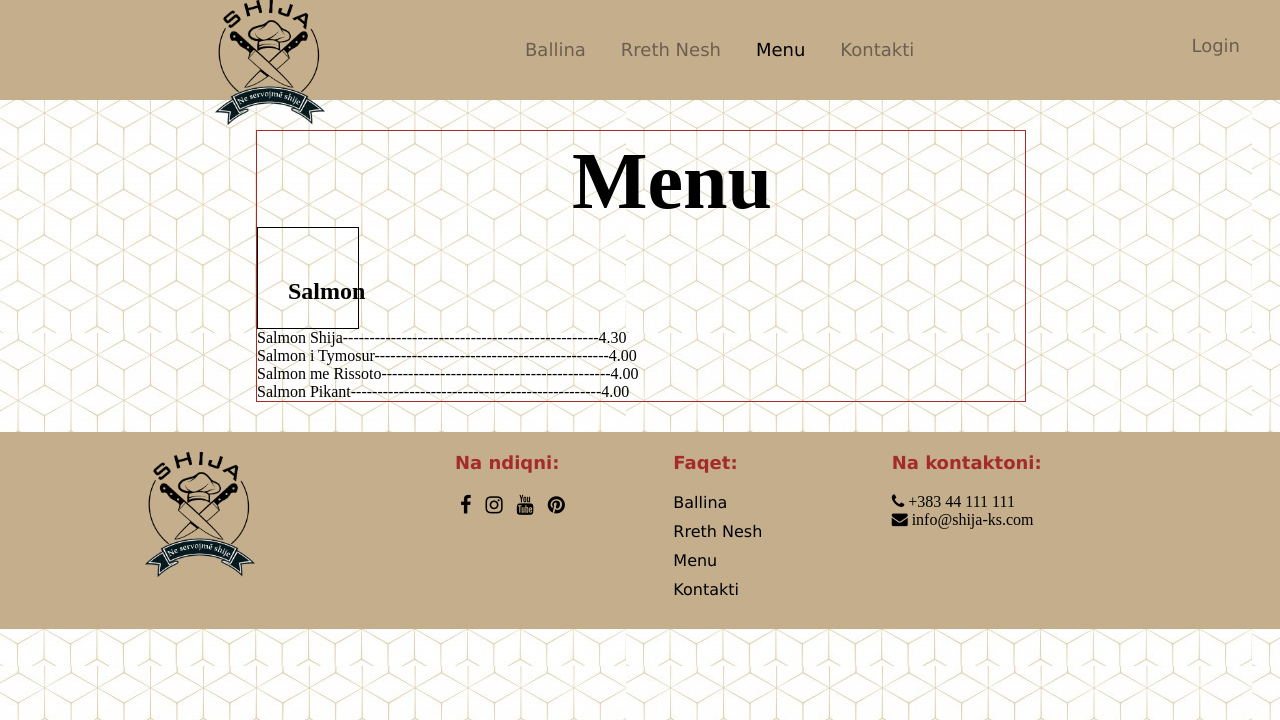
Repository: bs47892/ProjektiWeb-Shija2020
Page: http://localhost/menu.html
An editor plug-in stored every save of this project. The page is shown before and after the next save, followed by the edit.
The browser window is 1280 px wide. The pictures show the whole page.
Some web fonts or font styles are not loaded; a fallback is used. The page is run by PHP 8.4 with error messages shown; the project is at /var/www/html/.

Above is the page before, as saved 2021-02-12 14:05:03.

### menu.html
<!DOCTYPE html>
<html>
    <head>
<title> Restaurant Shija </title>
<link rel="stylesheet" type="text/css" href ="style.css">
<link rel="stylesheet" href="https://stackpath.bootstrapcdn.com/font-awesome/4.7.0/css/font-awesome.min.css">
<link rel="preconnect" href="https://fonts.gstatic.com">

<link href="https://fonts.googleapis.com/css2?family=Dancing+Script&family=EB+Garamond&family=Lovers+Quarrel&display=swap" rel="stylesheet">
    </head>
    <body>
       <header class="header">
           <div class ="container">
               <div class="logo">
            <img src="images/logo-png.png" alt="llogo" width="110" height="125"/>
               </div>
           <nav>
            <ul>
                <li><a href="shija.html" class="underline">Ballina</a></li>
                <li><a href="RrethNesh.html" class="underline">Rreth Nesh</a></li>
                <li><a href="menu.html" class="underline active">Menu</a></li>
                <li><a href="kontakti.html" class="underline">Kontakti</a></li>
            </ul>
            </nav>
            <li><a href="login/login.html" class="rightlog">Login</a></li>


           </div>
        </header>
 <!--********************Ketu perfundon tagu per header*****************************-->
<div class="menuja">
    <h1>Menu</h1>
    <div class="titull">
        <h2>Salmon</h2>
    </div>
        <ul>
            <li>Salmon Shija------------------------------------------------4.30</li>
            <li>Salmon i Tymosur--------------------------------------------4.00</li>
            <li>Salmon me Rissoto-------------------------------------------4.00</li>
            <li>Salmon Pikant-----------------------------------------------4.00</li>
        </ul>

</div>








<!--**************************Ketu fillon footeri**********************************-->
<footer class="footer">
    <div class="inner_footer">
        <div class="logo">
            <img src="images/logo-png.png" alt="llogo" width="110" height="125"/>
        </div>
        <div class ="footer_third">

            <h3>Na ndiqni: </h3>
            <p>

            </p>
            <div class="socials">
            <ul>
            <li><a href="#"><i class="fa fa-facebook"></i></a></li>
            <li><a href="#"><i class="fa fa-instagram"></i></a></li>
            <li><a href="#"><i class="fa fa-youtube"></i></a></li>
            <li><a href="#"><i class="fa fa-pinterest"></i></a></li>
            </ul>
            </div>
        </div>
        <div class ="footer_third">
            <h3>Faqet: </h3>
            <p>

            </p>
            <div class="menu">
            <ul>
                <li><a href="shija.html">Ballina</a></li>
                <li><a href="RrethNesh.html">Rreth Nesh</a></li>
                <li><a href="menu.html">Menu</a></li>
                <li><a href="kontakti.html">Kontakti</a></li>
            </ul>
            </div>
            </div>

        <div class ="footer_third">
            <h3>Na kontaktoni: </h3>
            <p>

            </p>
            <div class="kontakti">
                <i class="fa fa-phone"> +383 44 111 111</i>
            <i class ="fa fa-envelope"> info@shija-ks.com</i>
            </div>
        </div>





    </footer>
    </body>
</html>

### style.css
*{
    margin:0;
    padding:0;
    list-style: none;
    text-decoration: none;
}
body{
    background-image:url(images/mainbackground.jpg);
}


header{
    min-height: 100px;
    background-color: rgb(196, 174, 140);
}
.logo {

    float:left;
    padding: 0 200px 0 215px;

}
nav ul li{
    float: left;
    line-height: 100px; /*text in the center*/
    padding-right: 15px;
}

nav ul li a{
    display: block;
    font-size: 18px;
    font-family:Verdana, Geneva, Tahoma, sans-serif;
    color:rgba(44, 37, 37, 0.582);
    padding: 0px 20px 1px 0px;

}

nav ul li a:hover{
    color:rgb(0, 0, 0);
}

.underline {
    display: inline;
    position: relative;
    user-select: none;
}



.underline::before {
    content: '';
    position: absolute;
    width: 100%;
    transform: scaleX(0);
    height: 3px;
    bottom: 0;
    left: 0;
    background-color: #000000c4;
    transform-origin: center;
    transition: transform 0.30s ease-out;
}
.underline:hover::before {
    transform: scaleX(1);
    transform-origin: center;
}

.active {
    color: black;
}
footer{
    position: relative;;    /*rreshti 47 dhe 48 e definojne poziten e footerit*/
    bottom: 0;
    width: 100vw;
    display: block;
    overflow: hidden;
    padding: 20px 0;
    box-sizing: border-box;
    background-color: rgb(196, 174, 140);
}
.inner_footer{
    display: block;
    margin: 0 auto;
    width: 1100px;
}
.inner_footer .logo{
   padding-left: 5%;

}
.inner_footer .footer_third{

  width: calc(21.666666667% - 20px);
  display: inline;
    float:left;
    height:100%
}
.inner_footer .footer_third:last-child{
    margin-right:0;
}
.inner_footer .footer_third h3{
    font-family: Verdana, Geneva, Tahoma, sans-serif;
    font-size:18px;
    color: brown;
    display:block;
    width: 100%;
    margin-bottom:20px;
}
.inner_footer .footer_third .socials a{
    font-family: Verdana, Geneva, Tahoma, sans-serif;

    display:block;
    color: black;
    font-weight:200;
    width: 100%;
    padding-bottom:20px;
}
.inner_footer .footer_third .socials li{
    display: inline-block;
    padding: 0 5px;
    font-size: 20px;
}
.inner_footer .footer_third .menu a{
    font-family:Verdana, Geneva, Tahoma, sans-serif;
    display:block;
    color: black;
    padding-bottom:10px;
}

.rightlog {
    float: right;
    display: block;
    font-size: 18px;
    font-family:Verdana, Geneva, Tahoma, sans-serif;
    color:rgba(44, 37, 37, 0.582);
    padding: 35px 40px 35px 35px;
}

.rightlog:hover {
    color: black;
}
/*main page (slider)*/
.slider{


    transform: translate(-25%, 0%);
       width:800px;
       height:500px;
       border-radius: 10px;
       overflow:hidden;

   }
   .slides{
       width:500%;
       height: 500px;
       display: flex;
   }
   .slides input{
       display: none;
   }
   .slide{
       width:20%;
       transition: 2s;
   }
   .slide img{
       width:800px;
       height:500px;
   }
   .navigation-manual{
   position: absolute;
   width:800px;
   margin-top: 460px;
   display: flex;
   justify-content: center;

   }
   .manual-btn{
       border:2px solid black;
       padding: 5px;
       border-radius: 10px;
       cursor:pointer;
       transition:1s;
   }
   .manual-btn:not(:last-child){
       margin-right: 40px;
   }
   .manual-btn:hover{
       background-color: black;

   }
   #radio1:checked ~ .first{
       margin-left:0;
   }
   #radio2:checked ~ .first{
       margin-left:-20%;
   }
   #radio3:checked ~ .first{
       margin-left:-40%;
   }
   #radio4:checked ~ .first{
       margin-left:-60%;
   }
   .navigation-auto{
       position: absolute;
       display: flex;
       width:800px;
       justify-content: center;
       margin-top: 460px;
   }
   .navigation-auto div{
       border:2px solid black;
       padding:5px;
       border-radius:10px;
       transition: 1s;
   }
   .navigation-auto div:not(:last-child){
       margin-right: 40px;
   }
   #radio:checked ~ .navigation-auto.auto-btn1{
       background: black;
   }
   #radio:checked ~ .navigation-auto.auto-btn2{
       background: black;
   }
   #radio:checked ~ .navigation-auto.auto-btn3{
       background: black;
   }
   #radio:checked ~ .navigation-auto.auto-btn4{
       background: black;
   }
   /*main slider perfundon ketu*/

   /*sllogani*/
   .sllogani{
       display:block;
       border:1px solid black;
       height: 200px;
       width: 100%;
       background-color:white;
       margin-top: 50px;
   }
   .sllogani h1{
      font-size: 500%;
      font-family:  'Dancing Script', cursive;
      color: brown;
      margin-top: 50px;
      margin-left: 30%;

   }
   /*perfundoi sllogani*/
   /*specialitet*/
   .specialiteti{
       display: block;
       border:1px solid white;
       height: 400px;
       width:100%;

   }
   .specialiteti img{
       float:left;
       margin-top:100px;
       margin-left: 20px;
       size: 275, 153;
   }
   .specialiteti h1{
       font-size: 300%;
       margin-top: 80px;
       font-family: 'EB Garamond', serif;
       font-style: italic;
   }
   .specialiteti p{
       float:right;
       font-size: 180%;
       margin-top: 25px;
       margin-right: 50px;
       line-height: 35px;
       font-family: 'EB Garamond', serif;
   }
   /*perfundon specialiteti*/
   .lokacioni{
    display: block;
    border:1px solid white;
    height: 500px;
    width:100%;
    background-color: white;

   }
.lokacioni img{
 float: left;
 margin-left: 50px;
}
.lokacioni h1{
    font-family: 'EB Garamond', serif;
    font-style: italic;
    margin-top: 50px;
    margin-left: 600px;
}
.lokacioni p{
float: right;
margin-right: 300px;
margin-top:50px;
font-size: 130%;
line-height: 50px;
font-family: 'EB Garamond', serif;
}
.lokacioni p i{
    color:mediumvioletred;
}

/* Rreth nesh */
.body02 {
    background-image:url(images/rrethdesc.png);
    height: 600px;
    width: 1536px;
}
.about-section{
    font-family: Verdana, Geneva, Tahoma, sans-serif;
}

.inner-container{
    height: 400px;
    font-family: 'Poppins', sans-serif;
}

.inner-container h1{
    font-size: 30px;
    font-weight: 900;
}

.text{
    font-size: 20px;
    color: #545454;
    line-height: px;
    text-align: justify;

}

h1 {
    margin-left: 41%;
    padding-top: 5px;
}

h2 {
    padding-top: 50px;
    padding-left: 30px;
}

p {
    line-height: 24px;
}

/*Menu fillon ketu*/
.menuja{
    border:1px solid brown;
    height: auto;
    width: 60%;
margin-left: 20%;
margin-top: 30px;
margin-bottom: 30px;
}
.menuja h1{
    font-family: 'Dancing Script', cursive ;
    font-size: 500%;
}
.menuja .titull{
    border: 1px solid black;
    height: 100px;
    width: 100px;
}
/*Menu perfundon ketu*/


/*Contact Form fillon ketu*/

.containerc {
    max-width: 700px;
    width: 100%;
    margin: 0% 30% 30% 28% ;
    position: relative;
  }

  #contact input[type="text"],
  #contact input[type="email"],
  #contact input[type="tel"],
  #contact input[type="url"],
  #contact textarea,
  #contact button[type="submit"] {
    font: 400 12px/16px "Roboto", Helvetica, Arial, sans-serif;
  }

  #contact {
    background: #F9F9F9;
    padding: 25px;
    margin: 150px 0;
    box-shadow: 0 0 20px 0 rgba(0, 0, 0, 0.2), 0 5px 5px 0 rgba(0, 0, 0, 0.24);
  }

  #contact h3 {
    display: block;
    font-size: 40px;
    font-weight: 300;
    margin-bottom: 10px;
    text-align:center;
    font-family: Fjalla One, sans-serif;
  }

  #contact h4 {
    margin: 5px 0 15px;
    display: block;
    font-size: 13px;
    font-weight: 400;
    text-align: center;
    font-family: Fjalla One, sans-serif;
  }

  fieldset {
    border: medium none !important;
    margin: 0 0 10px;
    min-width: 100%;
    padding: 0;
    width: 100%;
  }

  #contact input[type="text"],
  #contact input[type="email"],
  #contact input[type="tel"],
  #contact input[type="url"],
  #contact textarea {
    width: 100%;
    border: 1px solid #ccc;
    background: #FFF;
    margin: 0 0 5px;
    padding: 10px;
    font-family: Arial, Helvetica, sans-serif;
  }

  #contact input[type="text"]:hover,
  #contact input[type="email"]:hover,
  #contact input[type="tel"]:hover,
  #contact input[type="url"]:hover,
  #contact textarea:hover {
    -webkit-transition: border-color 0.3s ease-in-out;
    -moz-transition: border-color 0.3s ease-in-out;
    transition: border-color 0.3s ease-in-out;
    border: 1px solid #aaa;
    font-family: Arial, Helvetica, sans-serif;
  }

  #contact textarea {
    height: 100px;
    max-width: 100%;
    resize: none;
  }

  #contact button[type="submit"] {
    cursor: pointer;
    width: 100%;
    border: none;
    background: #000000e1;
    color: rgb(255, 255, 255);
    margin: 0 0 5px;
    padding: 10px;
    font-size: 15px;
    border: 3px solid black;
    border-radius: 10px;
  }

  #contact button[type="submit"]:hover {
    background: rgba(255, 255, 255, 0);
    color: rgb(11, 59, 11);
    border: 3px solid black;
    -webkit-transition: background 1s ease-in-out;
    -moz-transition: background 1s ease-in-out;
    transition: background-color 1s ease-in-out;
  }

  #contact button[type="submit"]:active {
    box-shadow: inset 0 1px 3px rgb(126, 0, 0);
  }

  .copyright {
    text-align: center;
  }

  .aboutlink {
    font-size: 18px;
    color: #000000;
  }

  .aboutlink:hover {
    font-size: 18.9px;
  }

  #contact input:focus,
  #contact textarea:focus {
    outline: 0;
    border: 1px solid #aaa;
  }

  ::-webkit-input-placeholder {
    color: #888;
  }

  :-moz-placeholder {
    color: #888;
  }

  ::-moz-placeholder {
    color: #888;
  }

  :-ms-input-placeholder {
    color: #888;
  }

After the next save:
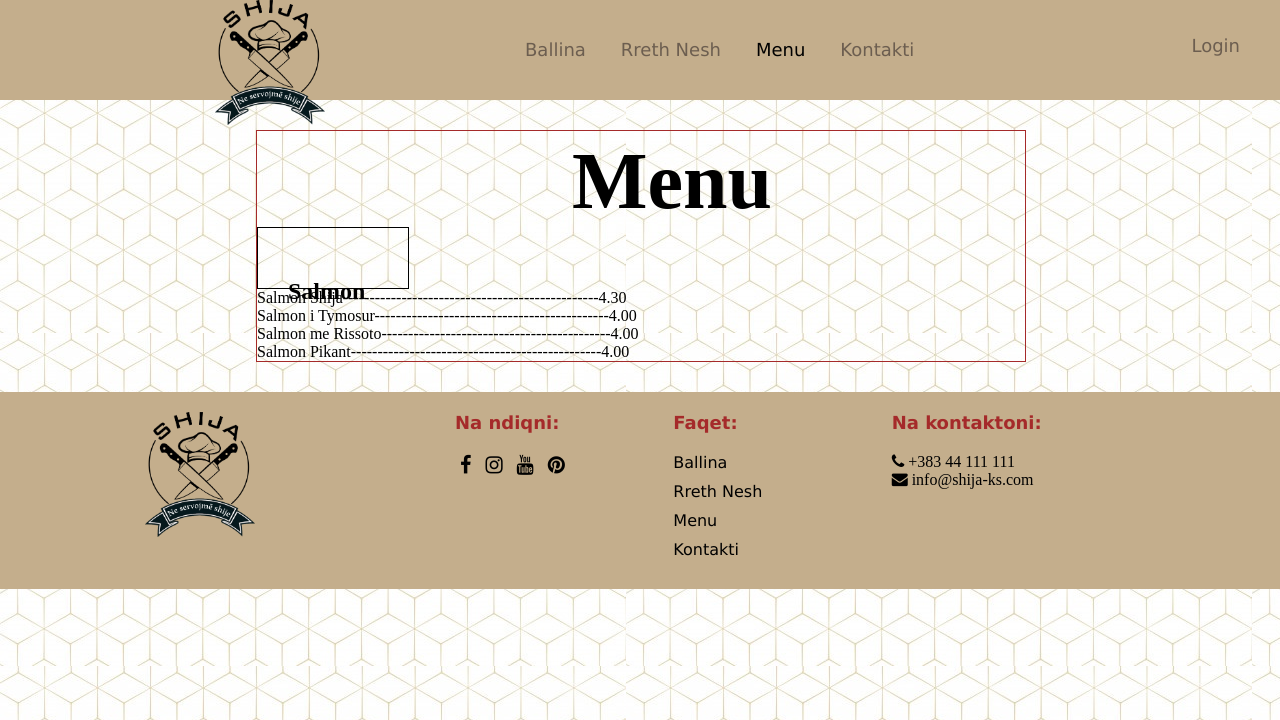
Saved 24 s later.
--- a/style.css
+++ b/style.css
@@ -361,8 +361,8 @@ margin-bottom: 30px;
 }
 .menuja .titull{
     border: 1px solid black;
-    height: 100px;
-    width: 100px;
+    height: 60px;
+    width: 150px;
 }
 /*Menu perfundon ketu*/
 
